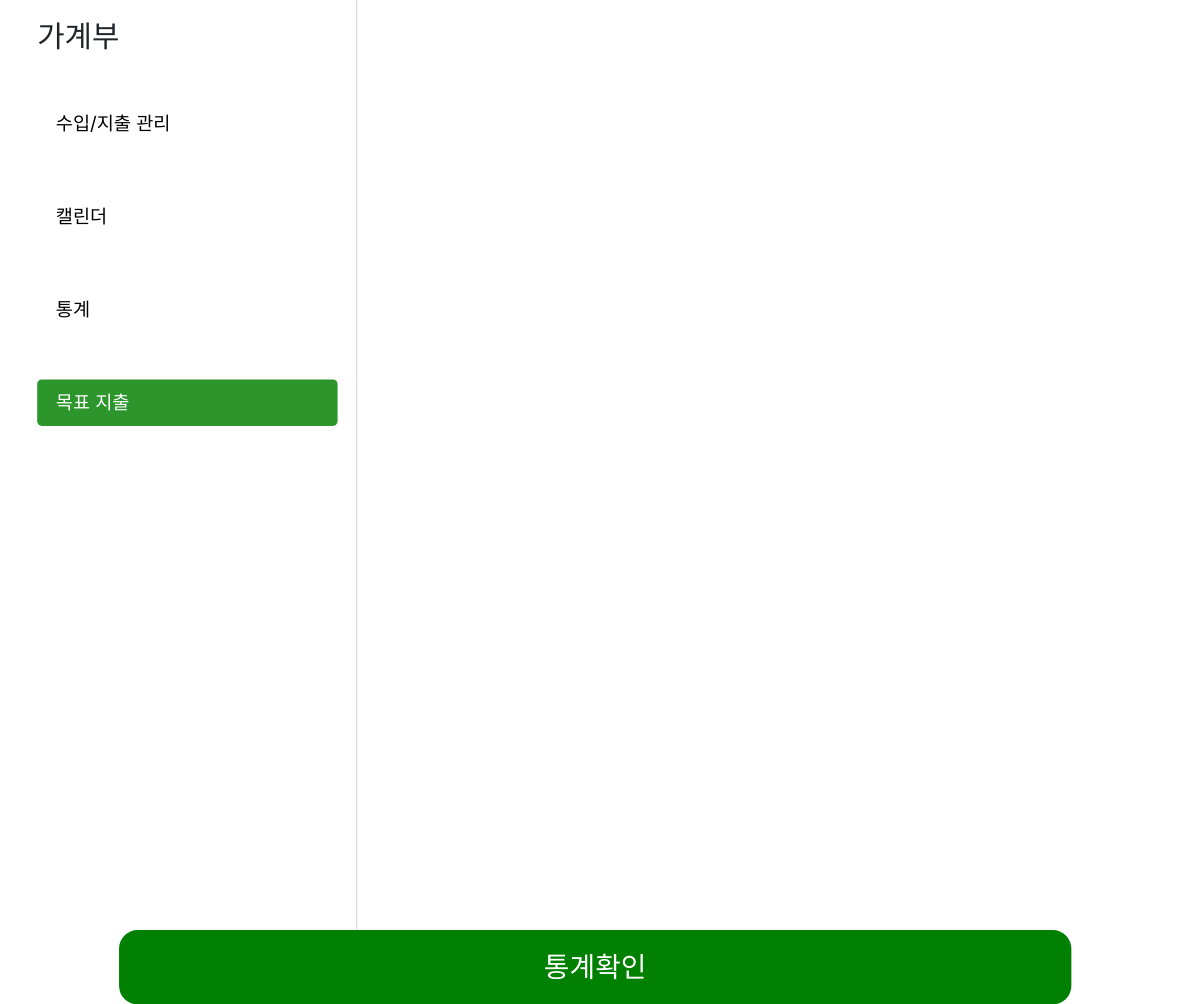
Repository: Hugh-KR/AccountBook
Page: http://localhost/Account_Book/calendar.jsp
The author's editor kept a copy of each file at every save. The page is drawn from the files as they stood at one save, then again after the next save.
The browser window is 1280 px wide. The pictures show the whole page, at 93% of full size.
Some icons come from a web library that is not loaded, so they are not drawn. The page is served by Tomcat 9. Nobody is signed in. The application's start-up code is not run.

Above is the page before, as saved 2022-12-10 12:17:09.

After the next save:
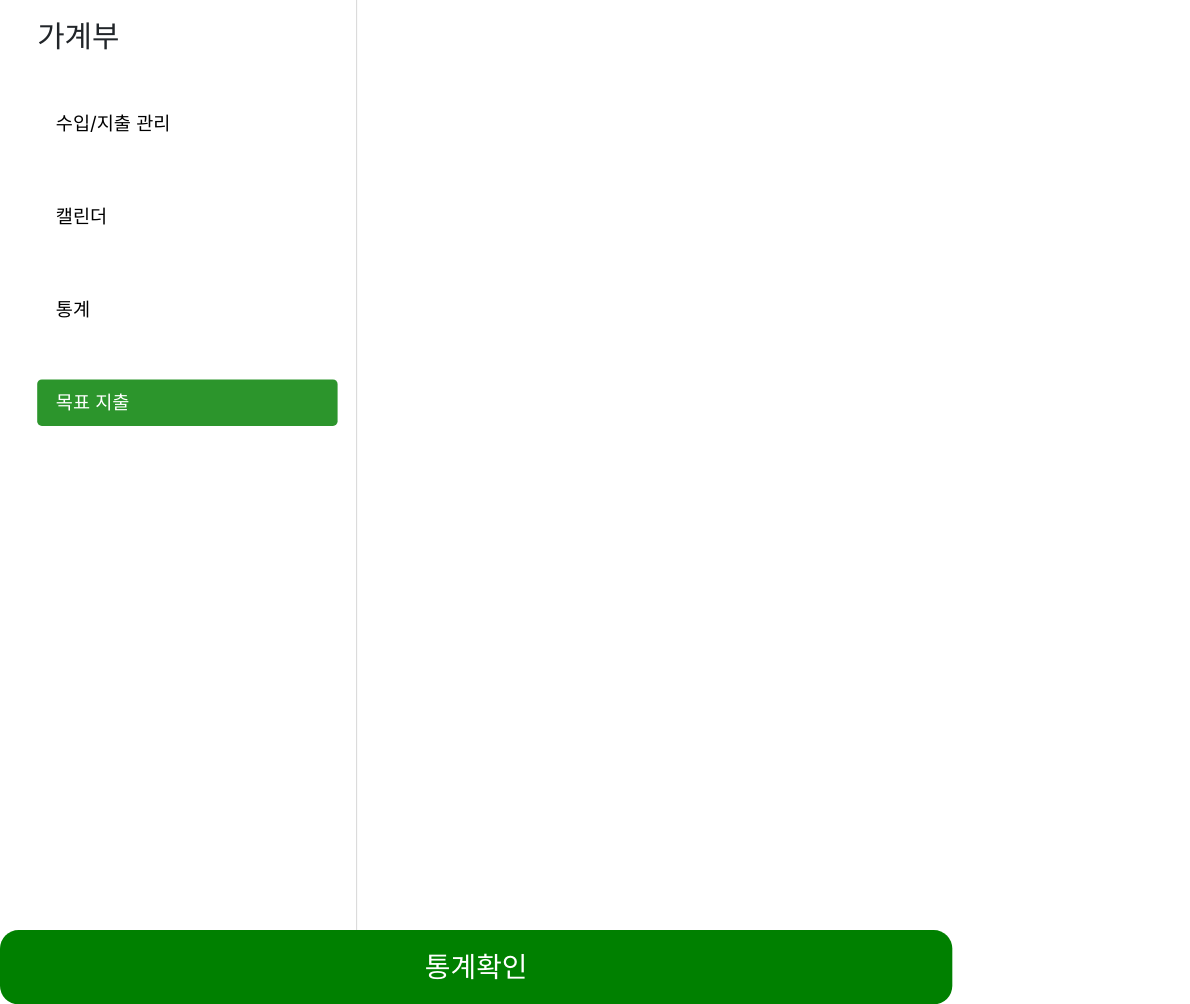
Saved 9 min 50 s later.
--- a/Account_Book/src/main/webapp/calendar.jsp
+++ b/Account_Book/src/main/webapp/calendar.jsp
@@ -60,11 +60,11 @@
 			</ul>
 		</div>
 
-<div style="text-align: center; margin:0 auto;">
+<!-- <div style="text-align: center; margin:0 auto;"> -->
 <form action="statistics">
 <button style="border: 0; background-color: green; color: white; border-radius: 20px; font-size: 30px; width: 80%; height: 80px">통계확인</button>
 </form>
-</div>
+<!-- </div> -->
 
 </body>
 </html>
